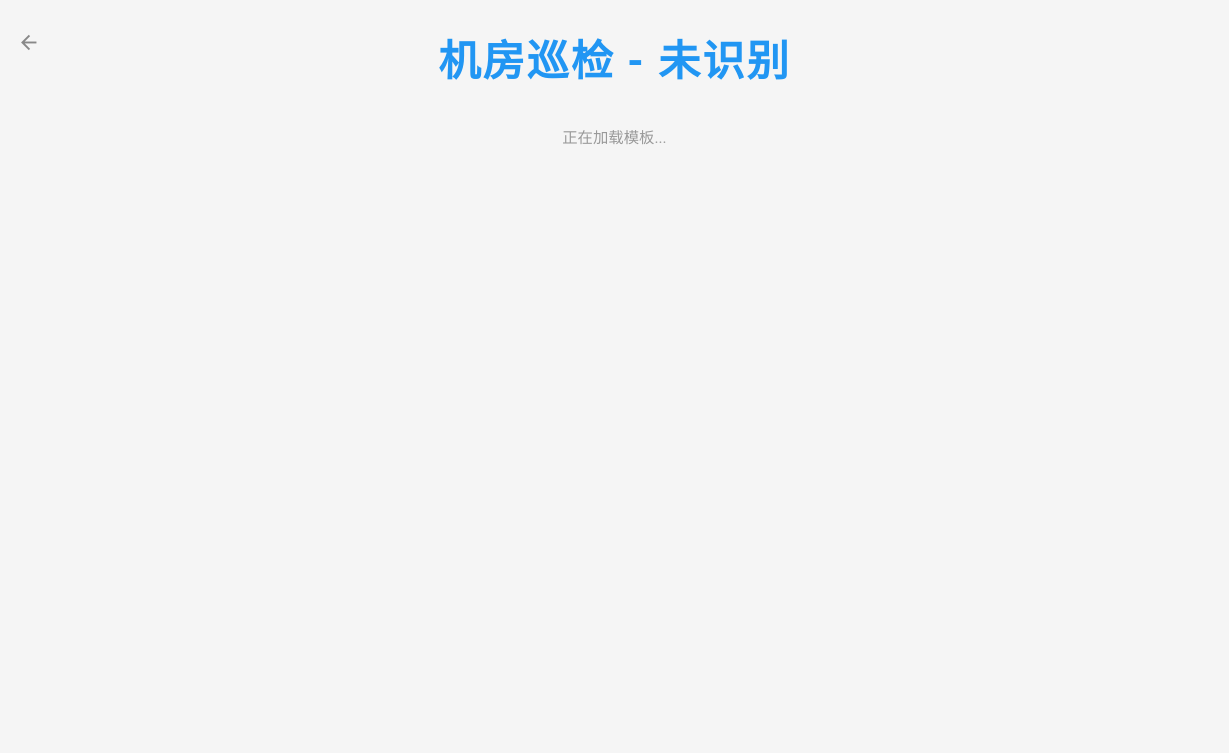
Repository: andyzheung/check-app
Page: /inspection-form (app in App/web/)
These files come from the project's save history. The page is drawn as it stood at one moment and after the next save; the edit follows.
The browser window is 1280 px wide. The pictures show the whole page, at 96% of full size.
Some web fonts or font styles are not loaded; a fallback is used. The project was rebuilt for these pictures with package versions that can differ from the ones it lists, and the page was loaded fresh each time. Also part of the build but not shown: App/web/vite.config.js, App/web/src/api/auth.js, App/web/src/views/Login.vue, App/web/src/views/Scan.vue, App/web/src/api/record.js, App/web/src/views/RecordEdit.vue.

Above is the page before, as saved 2025-05-23 00:59:52.

After the next save:
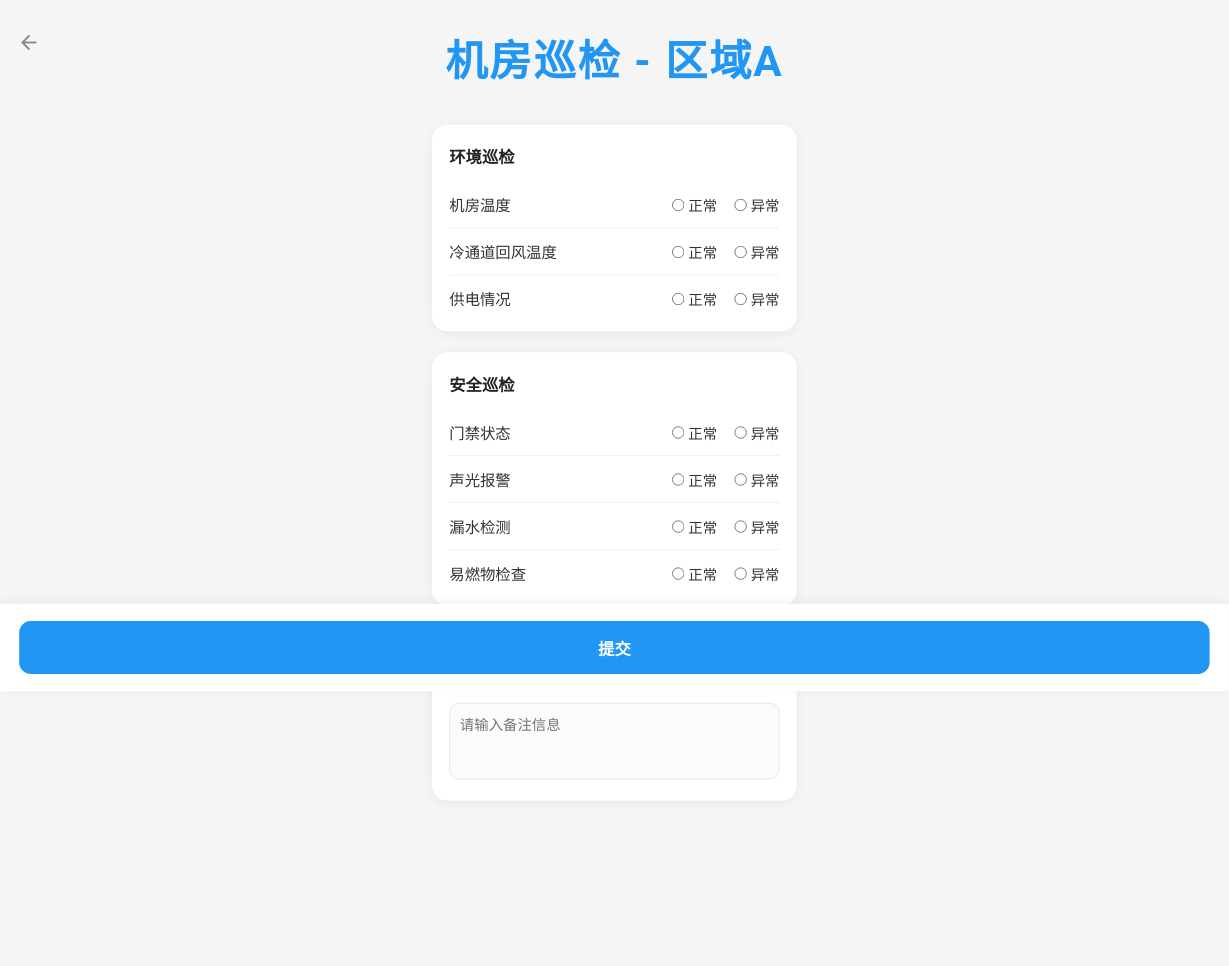
Saved 6 s later.
--- a/App/web/src/views/InspectionForm.vue
+++ b/App/web/src/views/InspectionForm.vue
@@ -4,45 +4,43 @@
       <a class="back-button" @click.prevent="router.push('/scan')">
         <span class="material-icons">arrow_back</span>
       </a>
-      <h1>机房巡检 - {{ area.name || '未识别' }}</h1>
+      <h1>机房巡检 - 区域A</h1>
     </div>
-    <div class="form-content" v-if="templateLoaded">
+    <div class="form-content">
       <!-- 环境巡检 -->
       <div class="form-section">
         <div class="form-title">环境巡检</div>
-        <div class="form-item" v-for="item in environmentItems" :key="item.id">
+        <div class="form-item" v-for="item in environmentItems" :key="item.name">
           <span>{{ item.name }}</span>
           <div class="radio-group">
             <label class="radio-option">
-              <input type="radio" :name="'env_' + item.id" value="正常" v-model="item.status" />
+              <input type="radio" :name="'env_' + item.name" value="正常" v-model="item.status" />
               <span>正常</span>
             </label>
             <label class="radio-option">
-              <input type="radio" :name="'env_' + item.id" value="异常" v-model="item.status" />
+              <input type="radio" :name="'env_' + item.name" value="异常" v-model="item.status" />
               <span>异常</span>
             </label>
           </div>
         </div>
       </div>
-
       <!-- 安全巡检 -->
       <div class="form-section">
         <div class="form-title">安全巡检</div>
-        <div class="form-item" v-for="item in securityItems" :key="item.id">
+        <div class="form-item" v-for="item in securityItems" :key="item.name">
           <span>{{ item.name }}</span>
           <div class="radio-group">
             <label class="radio-option">
-              <input type="radio" :name="'sec_' + item.id" value="正常" v-model="item.status" />
+              <input type="radio" :name="'sec_' + item.name" value="正常" v-model="item.status" />
               <span>正常</span>
             </label>
             <label class="radio-option">
-              <input type="radio" :name="'sec_' + item.id" value="异常" v-model="item.status" />
+              <input type="radio" :name="'sec_' + item.name" value="异常" v-model="item.status" />
               <span>异常</span>
             </label>
           </div>
         </div>
       </div>
-
       <!-- 备注信息 -->
       <div class="form-section">
         <div class="form-title">备注信息</div>
@@ -50,97 +48,40 @@
           <textarea class="remarks-input" v-model="remark" placeholder="请输入备注信息"></textarea>
         </div>
       </div>
-
       <!-- 提交按钮 -->
       <div class="form-actions">
         <button class="submit-button" @click="submitForm">提交</button>
       </div>
     </div>
-    <div v-else class="loading">正在加载模板...</div>
   </div>
 </template>
 
 <script setup>
-import { ref, onMounted } from 'vue'
-import { useRoute, useRouter } from 'vue-router'
-import { getAreaByCode, getTemplateByAreaId, createRecord } from '@/api/inspection'
+import { ref } from 'vue'
+import { useRouter } from 'vue-router'
 
-const route = useRoute()
 const router = useRouter()
 
-const area = ref({})
-const environmentItems = ref([])
-const securityItems = ref([])
+const environmentItems = ref([
+  { name: '机房温度', status: '' },
+  { name: '冷通道回风温度', status: '' },
+  { name: '供电情况', status: '' }
+])
+const securityItems = ref([
+  { name: '门禁状态', status: '' },
+  { name: '声光报警', status: '' },
+  { name: '漏水检测', status: '' },
+  { name: '易燃物检查', status: '' }
+])
 const remark = ref('')
-const templateLoaded = ref(false)
 
-onMounted(async () => {
-  try {
-    // 1. 获取扫码/输入编号
-    const code = route.query.code
-    if (!code) {
-      window.alert('未获取到区域编号')
-      return
-    }
-
-    // 2. 获取区域信息
-    const areaRes = await getAreaByCode(code)
-    if (!areaRes.data) {
-      window.alert('未找到对应区域')
-      return
-    }
-    area.value = areaRes.data
-
-    // 3. 获取模板
-    const tplRes = await getTemplateByAreaId(area.value.id)
-    if (!tplRes.data) {
-      window.alert('未找到巡检模板')
-      return
-    }
-
-    // 初始化表单项
-    environmentItems.value = tplRes.data.environmentItems.map(i => ({
-      ...i,
-      status: ''
-    }))
-    securityItems.value = tplRes.data.securityItems.map(i => ({
-      ...i,
-      status: ''
-    }))
-    templateLoaded.value = true
-  } catch (error) {
-    window.alert('加载失败：' + error.message)
+function submitForm() {
+  if (environmentItems.value.some(i => !i.status) || securityItems.value.some(i => !i.status)) {
+    window.alert('请完成所有巡检项选择')
+    return
   }
-})
-
-async function submitForm() {
-  try {
-    // 校验
-    if (environmentItems.value.some(i => !i.status) || securityItems.value.some(i => !i.status)) {
-      window.alert('请完成所有巡检项选择')
-      return
-    }
-
-    const data = {
-      areaId: area.value.id,
-      areaName: area.value.name,
-      environmentItems: environmentItems.value.map(i => ({
-        name: i.name,
-        status: i.status
-      })),
-      securityItems: securityItems.value.map(i => ({
-        name: i.name,
-        status: i.status
-      })),
-      remark: remark.value
-    }
-
-    await createRecord(data)
-    window.alert('提交成功')
-    router.push('/records')
-  } catch (error) {
-    window.alert('提交失败：' + error.message)
-  }
+  window.alert('提交成功')
+  router.push('/records')
 }
 </script>
 
